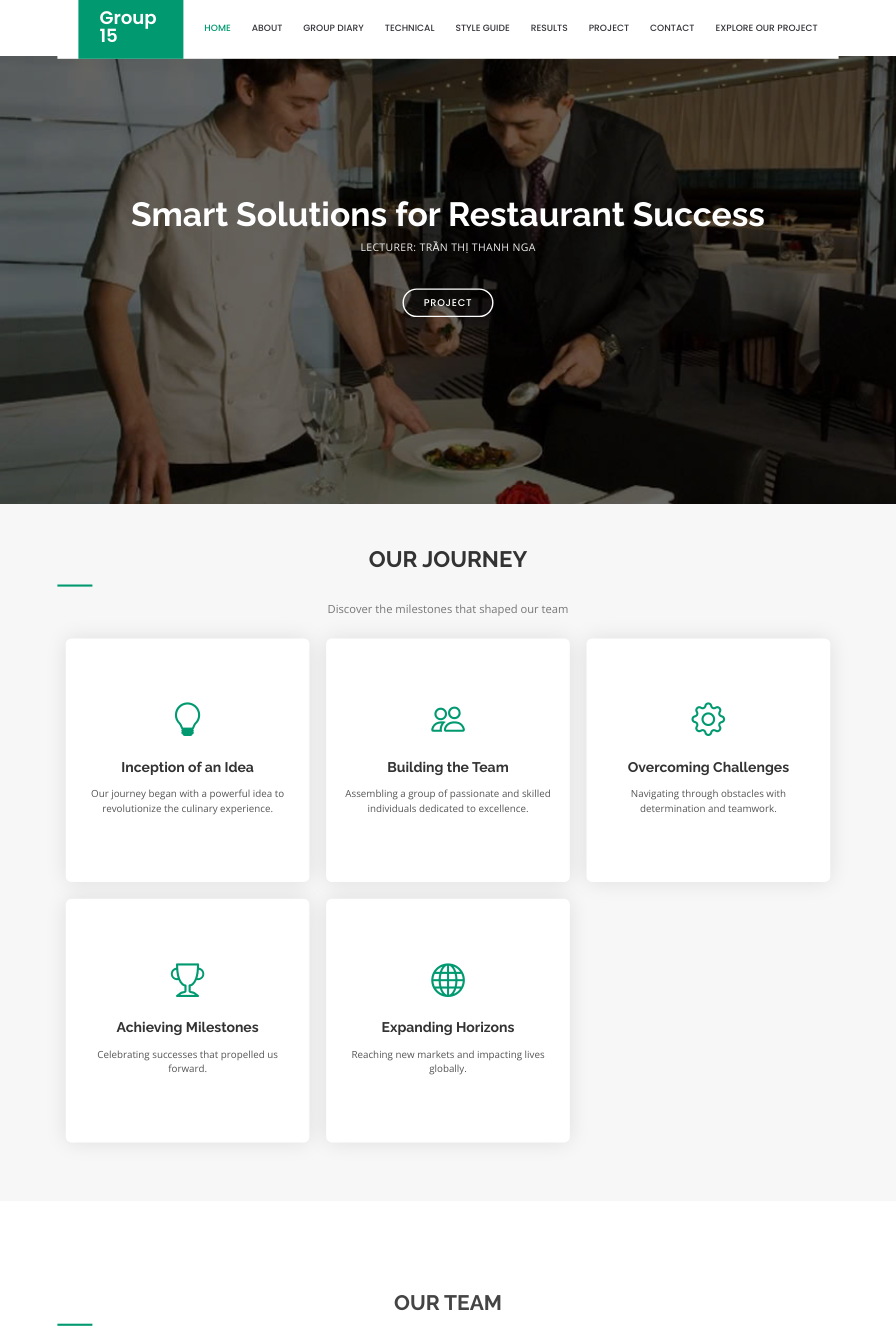
Repository: HoangKhangKhuPho4/Group_Web
Page: index.html
An editor plug-in stored every save of this project. The page is shown before and after the next save, followed by the edit.
The browser window is 1280 px wide. The pictures show the part of the page from y = 0 to 1920 px (the page is 2787 px tall), at 70% of full size.
Backgrounds fixed to the window are drawn as part of the page.

Above is the page before, as saved 2024-11-15 21:27:55.

### index.html
<!DOCTYPE html>
<html lang="en">
  <head>
    <!-- Google Tag Manager -->
    <script>
      (function (w, d, s, l, i) {
        w[l] = w[l] || [];
        w[l].push({ "gtm.start": new Date().getTime(), event: "gtm.js" });
        var f = d.getElementsByTagName(s)[0],
          j = d.createElement(s),
          dl = l != "dataLayer" ? "&l=" + l : "";
        j.async = true;
        j.src = "https://www.googletagmanager.com/gtm.js?id=" + i + dl;
        f.parentNode.insertBefore(j, f);
      })(window, document, "script", "dataLayer", "GTM-KP2R47JB");
    </script>
    <!-- End Google Tag Manager -->

    <meta
      name="google-site-verification"
      content="EO8Nf8U0RywdH3XDIGdBO9ayEUmYV3Sa4KyZ9BoOK-Y"
    />
    <meta charset="utf-8" />
    <meta content="width=device-width, initial-scale=1.0" name="viewport" />
    <meta
      name="google-site-verification"
      content="NlS1kOlcOLN_zi65x2N4-Xf35p3_Yhxgn-Sx0oEMzRE"
    />

    <title>Group 15</title>
    <meta content="" name="description" />
    <meta content="" name="keywords" />

    <!-- Favicons -->
    <link href="assets/img/favicon.png" rel="icon" />
    <link href="assets/img/apple-touch-icon.png" rel="apple-touch-icon" />

    <!-- Google Fonts -->
    <link
      href="https://fonts.googleapis.com/css?family=Open+Sans:300,300i,400,400i,600,600i,700,700i|Raleway:300,300i,400,400i,500,500i,600,600i,700,700i|Poppins:300,300i,400,400i,500,500i,600,600i"
      rel="stylesheet"
    />

    <!-- Vendor CSS Files -->
    <link href="assets/vendor/aos/aos.css" rel="stylesheet" />
    <link
      href="assets/vendor/bootstrap/css/bootstrap.min.css"
      rel="stylesheet"
    />
    <link
      href="assets/vendor/bootstrap-icons/bootstrap-icons.css"
      rel="stylesheet"
    />
    <link href="assets/vendor/boxicons/css/boxicons.min.css" rel="stylesheet" />
    <link
      href="assets/vendor/glightbox/css/glightbox.min.css"
      rel="stylesheet"
    />
    <link href="assets/vendor/remixicon/remixicon.css" rel="stylesheet" />
    <link href="assets/vendor/swiper/swiper-bundle.min.css" rel="stylesheet" />

    <!-- Template Main CSS File -->
    <link href="assets/css/style.css" rel="stylesheet" />

    <!-- Custom CSS -->
    <style>
      /* Nút Call to Action - Go to Project */
      .cta-btn {
        background-color: #28a745; /* Màu xanh lá cây */
        color: white; /* Chữ màu trắng */
        padding: 10px 20px; /* Khoảng cách padding */
        border-radius: 5px; /* Bo góc */
        font-weight: bold; /* Chữ đậm */
        text-transform: uppercase; /* Chữ in hoa */
        transition: background-color 0.3s ease, transform 0.3s ease; /* Hiệu ứng chuyển màu nền và hiệu ứng hover */
      }

      .cta-btn:hover {
        background-color: #218838; /* Màu xanh lá cây tối hơn khi hover */
        transform: scale(1.05); /* Phóng to nút một chút khi hover */
      }
    </style>
  </head>

  <body>
    <!-- Google Tag Manager (noscript) -->
    <noscript
      ><iframe
        src="https://www.googletagmanager.com/ns.html?id=GTM-KP2R47JB"
        height="0"
        width="0"
        style="display: none; visibility: hidden"
      ></iframe
    ></noscript>
    <!-- End Google Tag Manager (noscript) -->

    <!-- ======= Header ======= -->
    <header id="header" class="fixed-top d-flex align-items-center">
      <div class="container">
        <div
          class="header-container d-flex align-items-center justify-content-between"
        >
          <div class="logo">
            <h1 class="text-light">
              <a href="index.html"><span>Group 15</span></a>
            </h1>
          </div>

          <nav id="navbar" class="navbar">
            <ul>
              <li>
                <a class="nav-link scrollto active" href="index.html">Home</a>
              </li>
              <li><a class="nav-link scrollto" href="about.html">About</a></li>
              <li>
                <a class="nav-link scrollto" href="groupDiary.html"
                  >Group Diary</a
                >
              </li>
              <li>
                <a class="nav-link scrollto" href="technical.html">Technical</a>
              </li>
              <li>
                <a class="nav-link scrollto" href="styleguide.html"
                  >Style Guide</a
                >
              </li>
              <li>
                <a class="nav-link scrollto" href="results.html">Results</a>
              </li>
              <li>
                <a class="nav-link scrollto" href="project.html">Project</a>
              </li>
              <li>
                <a class="nav-link scrollto" href="contact.html">Contact</a>
              </li>
              <li>
                <a href="project.html" class="btn-get-started scrollto">Explore Our Project</a>

              </li>
            </ul>
            <i class="bi bi-list mobile-nav-toggle"></i>
          </nav>
          <!-- .navbar -->
        </div>
        <!-- End Header Container -->
      </div>
    </header>
    <!-- End Header -->

    <!-- Bắt đầu phần nội dung chính -->
    <div class="content-wrap">
      <!-- ======= Hero Section ======= -->
      <section
        id="hero"
        class="d-flex align-items-center"
        style="padding-top: 80px"
      >
        <div
          class="container text-center position-relative"
          data-aos="fade-in"
          data-aos-delay="200"
        >
          <h1>Smart Solutions for Restaurant Success</h1>
          <h2>Lecturer: Trần Thị Thanh Nga</h2>
          <a href="" target="_blank" class="btn-get-started scrollto"
            >Project</a
          >
        </div>
      </section>
      <!-- End Hero -->

      <main id="main">
        <!-- ======= Our Journey Section ======= -->
        <section id="our-team-story" class="our-team-story">
          <div class="container" data-aos="fade-up">
            <div class="section-title text-center">
              <h2>Our Journey</h2>
              <p>Discover the milestones that shaped our team</p>
            </div>

            <div class="story-container">
              <div class="row">
                <!-- Story Item 1 -->
                <div class="col-lg-4 col-md-6 mb-4">
                  <div
                    class="story-item"
                    data-aos="fade-up"
                    data-aos-delay="100"
                  >
                    <div class="icon-box">
                      <div class="icon">
                        <i class="bi bi-lightbulb"></i>
                      </div>
                      <h4 class="title">Inception of an Idea</h4>
                      <p class="description">
                        Our journey began with a powerful idea to revolutionize
                        the culinary experience.
                      </p>
                    </div>
                  </div>
                </div>

                <!-- Story Item 2 -->
                <div class="col-lg-4 col-md-6 mb-4">
                  <div
                    class="story-item"
                    data-aos="fade-up"
                    data-aos-delay="200"
                  >
                    <div class="icon-box">
                      <div class="icon">
                        <i class="bi bi-people"></i>
                      </div>
                      <h4 class="title">Building the Team</h4>
                      <p class="description">
                        Assembling a group of passionate and skilled individuals
                        dedicated to excellence.
                      </p>
                    </div>
                  </div>
                </div>

                <!-- Story Item 3 -->
                <div class="col-lg-4 col-md-6 mb-4">
                  <div
                    class="story-item"
                    data-aos="fade-up"
                    data-aos-delay="300"
                  >
                    <div class="icon-box">
                      <div class="icon">
                        <i class="bi bi-gear"></i>
                      </div>
                      <h4 class="title">Overcoming Challenges</h4>
                      <p class="description">
                        Navigating through obstacles with determination and
                        teamwork.
                      </p>
                    </div>
                  </div>
                </div>

                <!-- Story Item 4 -->
                <div class="col-lg-4 col-md-6 mb-4">
                  <div
                    class="story-item"
                    data-aos="fade-up"
                    data-aos-delay="400"
                  >
                    <div class="icon-box">
                      <div class="icon">
                        <i class="bi bi-trophy"></i>
                      </div>
                      <h4 class="title">Achieving Milestones</h4>
                      <p class="description">
                        Celebrating successes that propelled us forward.
                      </p>
                    </div>
                  </div>
                </div>

                <!-- Story Item 5 -->
                <div class="col-lg-4 col-md-6 mb-4">
                  <div
                    class="story-item"
                    data-aos="fade-up"
                    data-aos-delay="500"
                  >
                    <div class="icon-box">
                      <div class="icon">
                        <i class="bi bi-globe"></i>
                      </div>
                      <h4 class="title">Expanding Horizons</h4>
                      <p class="description">
                        Reaching new markets and impacting lives globally.
                      </p>
                    </div>
                  </div>
                </div>
              </div>
            </div>
          </div>
        </section>
        <!-- End Our Journey Section -->

        <!-- ======= Our Team Section ======= -->
        <section
          id="portfolio-details"
          class="portfolio-details"
          style="margin-top: 4%"
        >
          <div class="container">
            <div class="section-title text-center">
              <h2 style="font-size: 30px; padding: 15px 30px">
                <b>OUR TEAM</b>
              </h2>
            </div>

            <div class="row gy-4">
              <div class="col-lg-6">
                <div class="portfolio-details-slider swiper">
                  <div class="swiper-wrapper align-items-center">
                    <div class="swiper-slide">
                      <img
                        src="assets/img/portfolio/portfolio-details-1.jpg"
                        alt=""
                      />
                    </div>

                    <div class="swiper-slide">
                      <img
                        src="assets/img/portfolio/portfolio-details-2.jpg"
                        alt=""
                      />
                    </div>

                    <div class="swiper-slide">
                      <img
                        src="assets/img/portfolio/portfolio-details-3.jpg"
                        alt=""
                      />
                    </div>
                  </div>
                  <div class="swiper-pagination"></div>
                </div>
              </div>

              <div class="col-lg-6">
                <div class="portfolio-info">
                  <h3>Group Information</h3>
                  <ul>
                    <li><strong>Group Name</strong>: Group 15</li>
                    <li><strong>Number of Members</strong>: 5 members</li>
                    <li>
                      <strong>Specialization</strong>: information technology -
                      IT
                    </li>
                    <li>
                      <strong>University</strong>: Ho Chi Minh City University
                      of Agriculture and Forestry.
                    </li>
                    <li>
                      <strong>Slogan</strong>: "Together we innovate, together
                      we succeed."
                    </li>
                  </ul>
                </div>
              </div>
            </div>
          </div>
        </section>
        <!-- End Our Team Section -->
      </main>
      <!-- End #main -->
    </div>
    <!-- Kết thúc phần nội dung chính -->

    <!-- ======= Footer ======= -->
    <footer id="footer">
      <!-- ... (giữ nguyên nội dung footer) ... -->
      <div class="footer-container">
        <div class="footer-column">
          <h4>About Us</h4>
          <p>
            We are a team of passionate individuals dedicated to delivering the
            best services to our clients. Our mission is to provide innovative
            solutions and exceptional customer service.
          </p>
        </div>
        <div class="footer-column">
          <h4>Useful Links</h4>
          <ul>
            <li><a href="index.html">Home</a></li>
            <li><a href="about.html">About Us</a></li>
            <li><a href="services.html">Services</a></li>
            <li><a href="terms.html">Terms of Service</a></li>
            <li><a href="privacy.html">Privacy Policy</a></li>
          </ul>
        </div>
        <div class="footer-column">
          <h4>Services</h4>
          <ul>
            <li><a href="#">Web Design</a></li>
            <li><a href="#">Web Development</a></li>
            <li><a href="#">Marketing</a></li>
            <li><a href="#">Graphic Design</a></li>
            <li><a href="#">Technical Support</a></li>
          </ul>
        </div>
        <div class="footer-column">
          <h4>Contact Us</h4>
          <p>
            123 ABC Street, XYZ District<br />
            City, Country<br />
            Phone: +84 123 456 789<br />
            Email: info@example.com
          </p>
        </div>
      </div>
      <div class="footer-bottom">
        <div class="container d-md-flex py-4">
          <div class="me-md-auto text-center text-md-start">
            <div class="copyright">
              &copy; Copyright <strong><span>Group 15</span></strong
              >. All Rights Reserved
            </div>
            <div class="credits">Designed by <a href="#">Group 15</a></div>
          </div>
          <div class="social-links text-center text-md-right pt-3 pt-md-0">
            <a href="#" class="twitter" title="Twitter"
              ><i class="bx bxl-twitter"></i
            ></a>
            <a href="#" class="facebook" title="Facebook"
              ><i class="bx bxl-facebook"></i
            ></a>
            <a href="#" class="instagram" title="Instagram"
              ><i class="bx bxl-instagram"></i
            ></a>
            <a href="#" class="google-plus" title="Skype"
              ><i class="bx bxl-skype"></i
            ></a>
            <a href="#" class="linkedin" title="LinkedIn"
              ><i class="bx bxl-linkedin"></i
            ></a>
          </div>
        </div>
      </div>
    </footer>
    <!-- End Footer -->

    <!-- Back to Top -->
    <a
      href="#"
      class="back-to-top d-flex align-items-center justify-content-center"
      ><i class="bi bi-arrow-up-short"></i
    ></a>

    <!-- Vendor JS Files -->
    <script src="assets/vendor/aos/aos.js"></script>
    <script src="assets/vendor/bootstrap/js/bootstrap.bundle.min.js"></script>
    <script src="assets/vendor/purecounter/purecounter.js"></script>
    <script src="assets/vendor/glightbox/js/glightbox.min.js"></script>
    <script src="assets/vendor/isotope-layout/isotope.pkgd.min.js"></script>
    <script src="assets/vendor/swiper/swiper-bundle.min.js"></script>
    <!-- Template Main JS File -->
    <script src="assets/js/main.js"></script>

    <!-- Initialize AOS -->
    <script>
      AOS.init({
        duration: 1000,
        once: true,
      });
    </script>
  </body>
</html>

Loaded but not shown: assets/vendor/aos/aos.css (library); assets/vendor/bootstrap/css/bootstrap.min.css (library); assets/vendor/bootstrap-icons/bootstrap-icons.css (library); assets/vendor/boxicons/css/boxicons.min.css (library); assets/vendor/glightbox/css/glightbox.min.css (library); assets/vendor/remixicon/remixicon.css (library); assets/vendor/swiper/swiper-bundle.min.css (library); assets/vendor/aos/aos.js (library); assets/vendor/bootstrap/js/bootstrap.bundle.min.js (library); assets/vendor/purecounter/purecounter.js (library); assets/vendor/glightbox/js/glightbox.min.js (library); assets/vendor/isotope-layout/isotope.pkgd.min.js (library); assets/vendor/swiper/swiper-bundle.min.js (library); assets/js/main.js (252 lines, source omitted); assets/css/style.css (830 lines, source omitted)

After the next save:
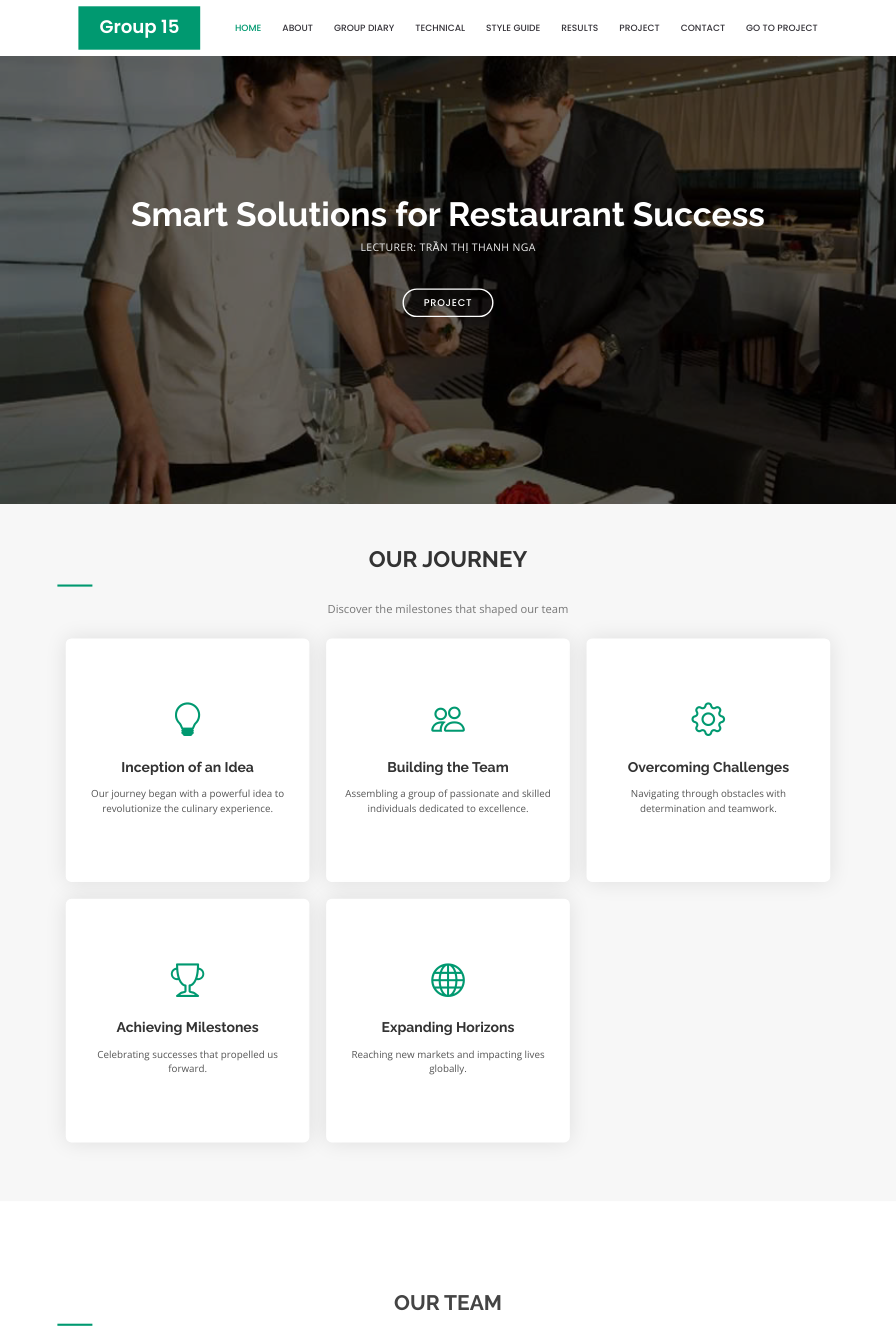
Saved 38 s later.
--- a/index.html
+++ b/index.html
@@ -135,7 +135,7 @@
                 <a class="nav-link scrollto" href="contact.html">Contact</a>
               </li>
               <li>
-                <a href="project.html" class="btn-get-started scrollto">Explore Our Project</a>
+                <a href="project.htm" class="btn-get-started scrollto">Go To Project</a>
 
               </li>
             </ul>
